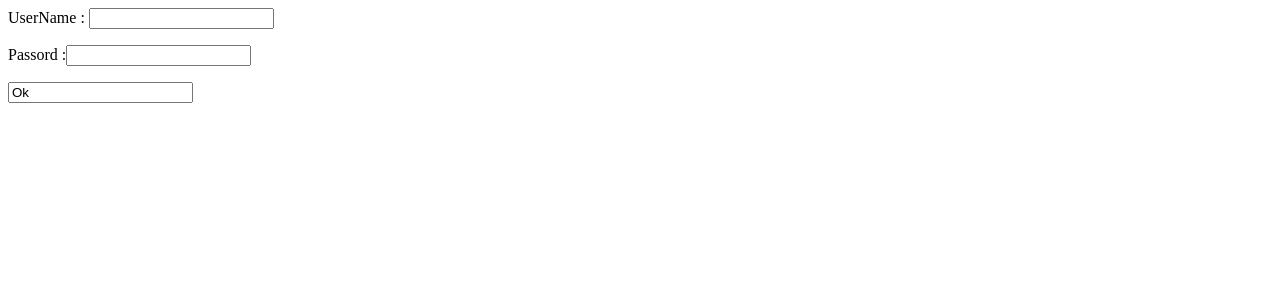
Repository: nishasirt/SimplilearnRepo1
Page: CRUDServletEx/WebContent/filterform.html
An editor plug-in stored every save of this project. The page is shown before and after the next save, followed by the edit.
The browser window is 1280 px wide. The pictures show the whole page.

Above is the page before, as saved 2022-11-13 04:21:41.

### CRUDServletEx/WebContent/filterform.html
<!DOCTYPE html>
<html>
<head>
<meta charset="ISO-8859-1">
<title>Insert title here</title>
</head>
<body>

<form action="LoginSer"  method="post">


UserName : <input  type="text"  name="user"></p>
Passord :<input type="password"  name="pas"></p>
<input type="text" value="Ok">
</form>


</form>

</body>
</html>

After the next save:
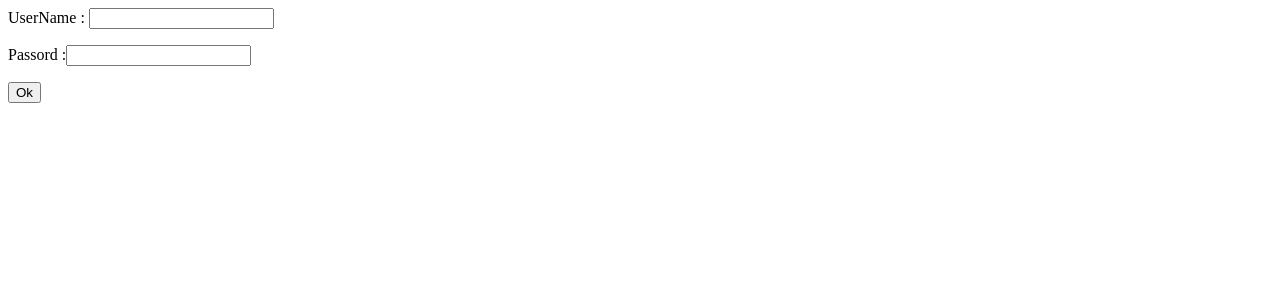
Saved 58 s later.
--- a/CRUDServletEx/WebContent/filterform.html
+++ b/CRUDServletEx/WebContent/filterform.html
@@ -11,7 +11,7 @@
 
 UserName : <input  type="text"  name="user"></p>
 Passord :<input type="password"  name="pas"></p>
-<input type="text" value="Ok">
+<input type="submit" value="Ok">
 </form>
 
 
